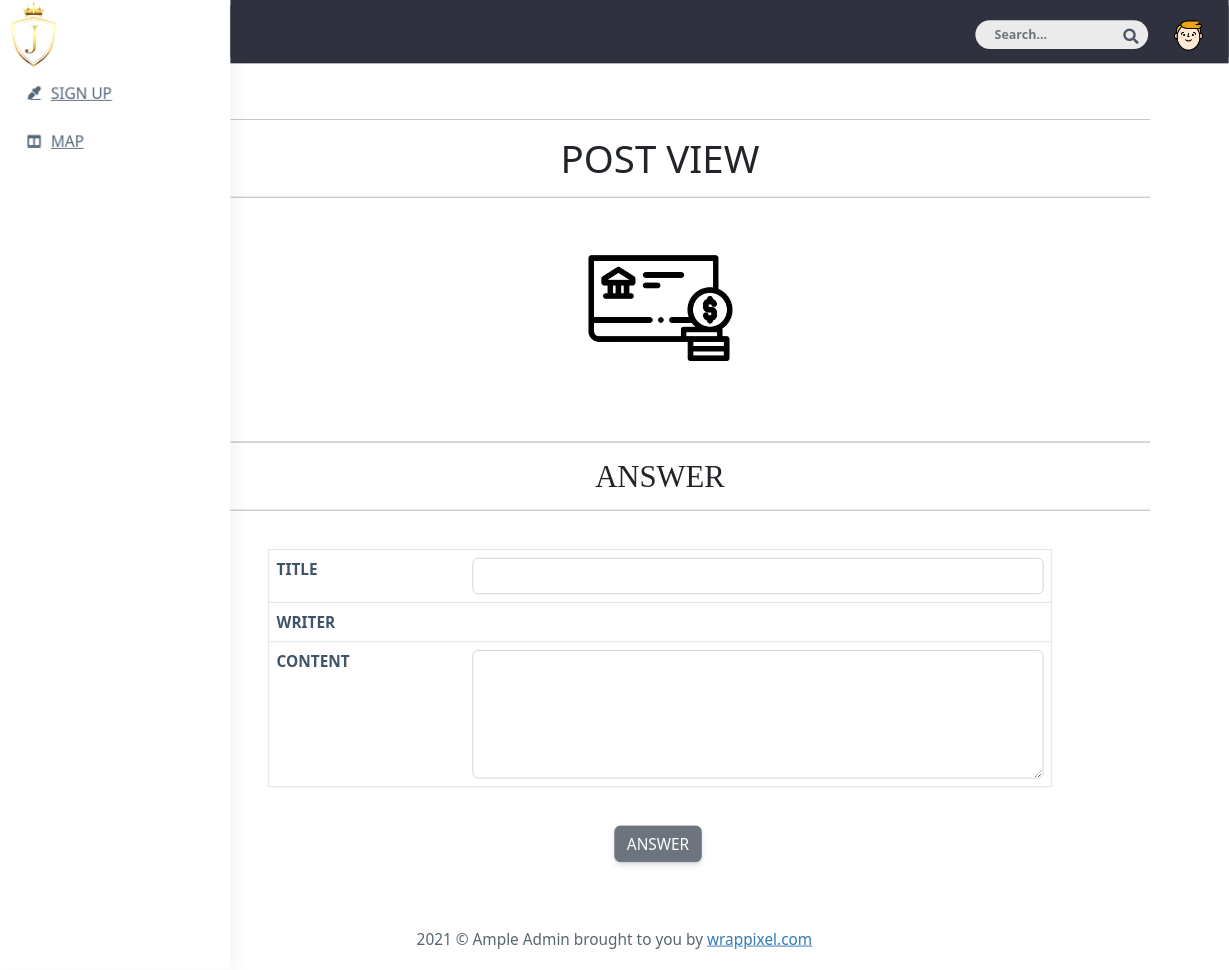
Repository: chopilyeon/HanaOpenBanking
Page: http://localhost/OpenBanking/jsp/board/detail.jsp
The author's editor kept a copy of each file at every save. The page is drawn from the files as they stood at one save, then again after the next save.
The browser window is 1280 px wide. The pictures show the whole page, at 96% of full size.
Some web fonts or font styles are not loaded; a fallback is used. The page is served by Tomcat 9.

Above is the page before, as saved 2022-07-27 14:41:19.
Console error: ReferenceError: $ is not defined

After the next save:
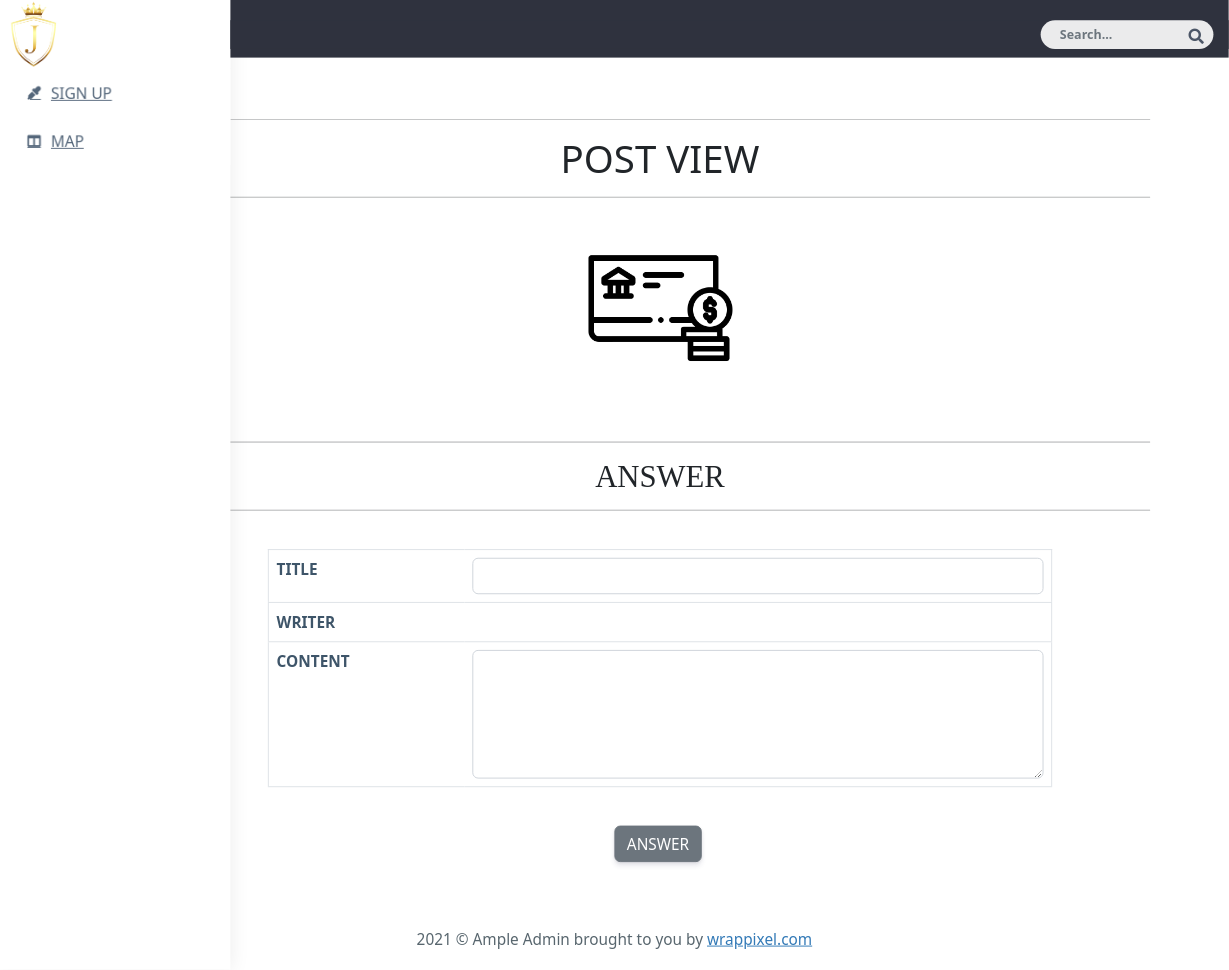
Saved 97 s later.
--- a/OpenBanking/src/main/webapp/jsp/include/topAndSide.jsp
+++ b/OpenBanking/src/main/webapp/jsp/include/topAndSide.jsp
@@ -71,11 +71,14 @@
                         <!-- ============================================================== -->
                         <!-- User profile and search -->
                         <!-- ============================================================== -->
+                         <c:if test="${userVO.type eq 'M' }">
                         <li>
                             <a class="profile-pic" href="#">
                                 <img src="/OpenBanking/resources/images/users/man.png" alt="user-img" width="36"
                                     class="img-circle"><span class="text-white font-medium f-3">${userVO.id}</span></a>
                         </li>
+                         </c:if>
+
 
                     <c:if test="${ not empty userVO }">
                         <li>
